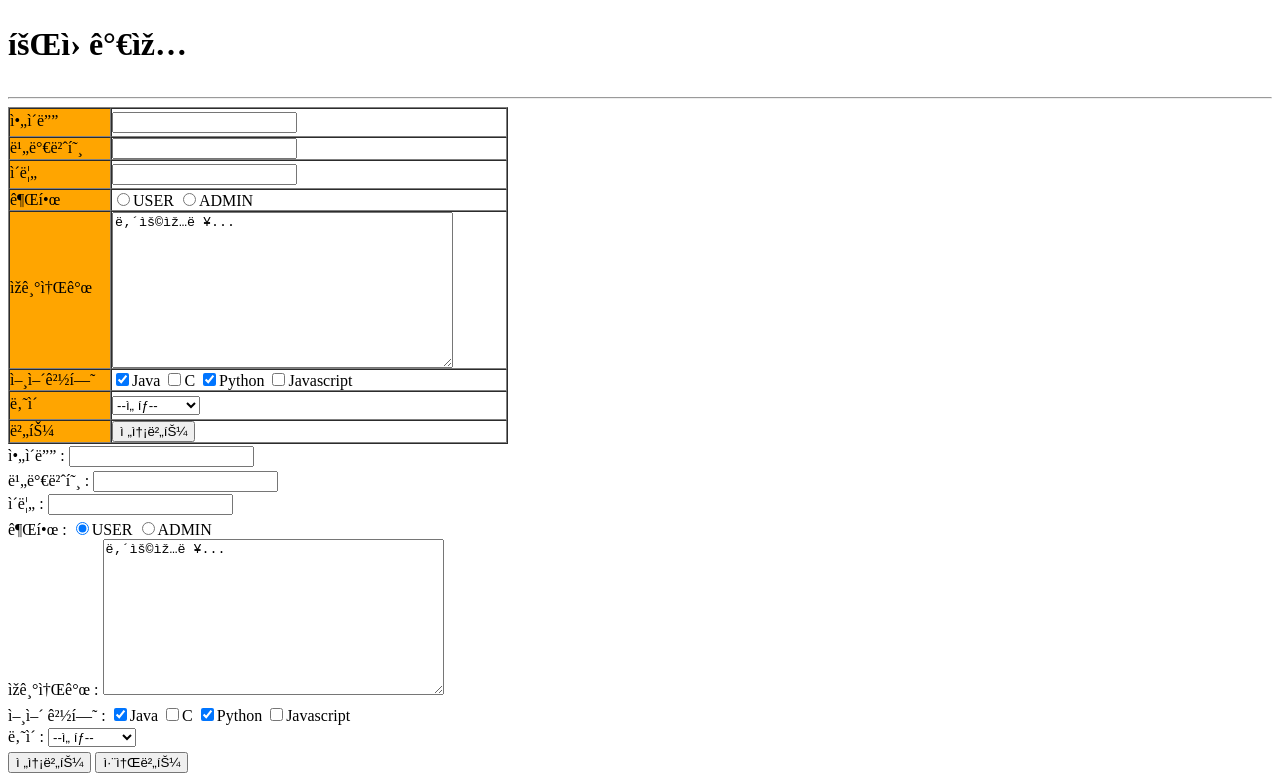
Repository: serim53/JSPStudy
Page: http://localhost/BoardWeb_JSP_/insertUserView.do
The author's editor kept a copy of each file at every save. The page is drawn from the files as they stood at one save, then again after the next save.
The browser window is 1280 px wide. The pictures show the whole page.
The page is served by Tomcat 10. Other server files are loaded and not shown.

Above is the page before, as saved 2025-07-08 05:07:08.

### BoardWeb(JSP)/src/main/webapp/WEB-INF/board/insertUser.jsp
<!DOCTYPE html PUBLIC "-//W3C//DTD HTML 4.01 Transitional//EN" "http://www.w3.org/TR/html4/loose.dtd">
<html>
<head>
<meta http-equiv="Content-Type" content="text/html; charset=UTF-8">
<title>회원가입</title>
</head>
<body>
<h1>회원 가입</h1>
<hr>
<form action="insertUser.do" method="get">

<table border="1" cellpadding="0" cellspacing="0" width="500">
	<tr>
		<td bgcolor="orange" width="100">아이디</td>
		<td><input type="text"/></td>
	</tr>
	<tr>
		<td bgcolor="orange">비밀번호</td>
		<td><input type="text"/></td>
	</tr>
	<tr>
		<td bgcolor="orange">이름</td>
		<td><input type="text"/></td>
	</tr>
	<tr>
		<td bgcolor="orange">권한</td>
		<td>
			<input name="role" type="radio" checked/>USER
      		<input name="role" type="radio"/>ADMIN<br>
    	</td>
	</tr>
	<tr>
		<td bgcolor="orange">자기소개</td>
		<td><textarea rows="10" cols="40">내용입력...</textarea></td>
	</tr>
	<tr>
		<td bgcolor="orange">언어경험</td>
		<td>
			<input type="checkbox" checked/>Java
		    <input type="checkbox"/>C
		    <input type="checkbox" checked/>Python
		    <input type="checkbox"/>Javascript
		</td>
	</tr>
	<tr>
		<td bgcolor="orange">나이</td>
		<td>
			<select>
			<option>--선택--
			<option>10대
			<option>20대
			<option>30대
			<option>40대
			<option>50대
			<option>60대 이상
	  </select>
		</td>
	</tr>
	<tr>
		<td bgcolor="orange">버튼</td>
		<td><input type="submit" value="전송버튼"/></td>
	</tr>
</table>
아이디 : <input type="text" size="20"/><br>
비밀번호 : <input type="password" size="20"/><br>
이름 : <input type="text"/><br>
권한 : <input name="role" type="radio" checked/>USER
      <input name="role" type="radio"/>ADMIN<br>
자기소개 : <textarea rows="10" cols="40">내용입력...</textarea><br>
언어 경험 : <input type="checkbox" checked/>Java
		  <input type="checkbox"/>C
		  <input type="checkbox" checked/>Python
		  <input type="checkbox"/>Javascript<br>
나이 : <select>
		<option>--선택--
		<option>10대
		<option>20대
		<option>30대
		<option>40대
		<option>50대
		<option>60대 이상
	  </select><br>
<input type="submit" value="전송버튼"/>
<input type="reset" value="취소버튼"/>
</form>
</body>
</html>

### BoardWeb(JSP)/src/main/java/com/multicampus/web/DispatcherServlet.java
package com.multicampus.web;

import java.io.IOException;
import java.util.List;

import com.multicampus.biz.board.BoardDAO;
import com.multicampus.biz.board.BoardVO;
import com.multicampus.biz.user.UserDAO;
import com.multicampus.biz.user.UserVO;

import jakarta.servlet.RequestDispatcher;
import jakarta.servlet.ServletConfig;
import jakarta.servlet.ServletException;
import jakarta.servlet.annotation.WebServlet;
import jakarta.servlet.http.HttpServlet;
import jakarta.servlet.http.HttpServletRequest;
import jakarta.servlet.http.HttpServletResponse;
import jakarta.servlet.http.HttpSession;

@WebServlet(urlPatterns = { "*.do" })
public class DispatcherServlet extends HttpServlet {
	private static final long serialVersionUID = 1L;

	private HandlerMapping handlerMapping;
	private ViewResolver viewResolver;

	public void init(ServletConfig config) throws ServletException {
		handlerMapping = new HandlerMapping();
		viewResolver = new ViewResolver("/WEB-INF/board/", ".jsp");
	}

	protected void service(HttpServletRequest request, HttpServletResponse response) throws ServletException, IOException {
		// 1. 브라우저의 요청 path 정보를 추출한다.
		String uri = request.getRequestURI();
		String path = uri.substring(uri.lastIndexOf("/"));
		System.out.println(path);

		// 2. HandlerMapping을 통해 요청을 처리할 Controller를 검색한다.
		Controller ctrl = handlerMapping.getController(path);

		// 3. 검색한 Controller를 실행한다.
		String viewName = ctrl.handleRequest(request, response);

		// 4. Controller가 리턴한 View 이름을 기반으로 이동할 화면 경로를 완성한다.
		String view = null;
		if(!viewName.contains(".do")) {
			if(viewName.equals("index")) {
				view = viewName + ".jsp";
			} else {
				view = viewResolver.getView(viewName);
			}
		} else {
			view = viewName;
		}

		// 5. 화면 이동한다.
		RequestDispatcher rd = request.getRequestDispatcher(view);
		rd.forward(request, response);
	}

}

### BoardWeb(JSP)/src/main/java/com/multicampus/web/Controller.java
package com.multicampus.web;

import jakarta.servlet.http.HttpServletRequest;
import jakarta.servlet.http.HttpServletResponse;

public interface Controller {

	String handleRequest(HttpServletRequest request, HttpServletResponse response);

}

### BoardWeb(JSP)/src/main/java/com/multicampus/web/user/InsertUserViewController.java
package com.multicampus.web.user;

import com.multicampus.web.Controller;

import jakarta.servlet.http.HttpServletRequest;
import jakarta.servlet.http.HttpServletResponse;

public class InsertUserViewController implements Controller {

	@Override
	public String handleRequest(HttpServletRequest request, HttpServletResponse response) {
		System.out.println("회원가입 화면으로 이동");

		return "insertUser";
	}

}

### BoardWeb(JSP)/src/main/java/com/multicampus/web/user/InsertUserController.java
package com.multicampus.web.user;

import com.multicampus.biz.user.UserDAO;
import com.multicampus.biz.user.UserVO;
import com.multicampus.web.Controller;

import jakarta.servlet.http.HttpServletRequest;
import jakarta.servlet.http.HttpServletResponse;

public class InsertUserController implements Controller {

	@Override
	public String handleRequest(HttpServletRequest request, HttpServletResponse response) {
		System.out.println("회원 가입 기능 처리");

		// 1. 사용자 입력정보 추출
		String id = request.getParameter("id");
		String password = request.getParameter("password");
		String name = request.getParameter("name");
		String role = request.getParameter("role");

		// 2. DB 연동 처리
		UserVO vo = new UserVO();
		vo.setId(id);
		vo.setPassword(password);
		vo.setName(name);
		vo.setRole(role);

		UserDAO dao = new UserDAO();
		dao.insertUser(vo);

		// 3. 화면 이동
		return "index";
	}

}

### BoardWeb(JSP)/src/main/java/com/multicampus/web/user/LoginViewController.java
package com.multicampus.web.user;

import com.multicampus.web.Controller;

import jakarta.servlet.http.HttpServletRequest;
import jakarta.servlet.http.HttpServletResponse;

public class LoginViewController implements Controller {

	@Override
	public String handleRequest(HttpServletRequest request, HttpServletResponse response) {
		System.out.println("로그인 화면으로 이동");

		return "login";
	}

}

### BoardWeb(JSP)/src/main/java/com/multicampus/web/user/LoginController.java
package com.multicampus.web.user;

import com.multicampus.biz.user.UserDAO;
import com.multicampus.biz.user.UserVO;
import com.multicampus.web.Controller;

import jakarta.servlet.http.HttpServletRequest;
import jakarta.servlet.http.HttpServletResponse;
import jakarta.servlet.http.HttpSession;

public class LoginController implements Controller {

	@Override
	public String handleRequest(HttpServletRequest request, HttpServletResponse response) {
		System.out.println("로그인 기능 처리");

		// 1. 사용자 입력정보 추출
		String id = request.getParameter("id");
		String password = request.getParameter("password");

		// 2. DB 연동 처리
		UserVO vo = new UserVO();
		vo.setId(id);
		vo.setPassword(password);

		UserDAO dao = new UserDAO();
		UserVO user = dao.getUser(vo);

		// 3. 화면 이동
		if(user != null) {
			// 로그인 성공
			HttpSession session = request.getSession();
			session.setAttribute("user", user);
			return "getBoardList.do";
		} else {
			// 로그인 실패
			return "loginView.do";
		}

	}

}

### BoardWeb(JSP)/src/main/java/com/multicampus/web/user/LogoutController.java
package com.multicampus.web.user;

import com.multicampus.web.Controller;

import jakarta.servlet.http.HttpServletRequest;
import jakarta.servlet.http.HttpServletResponse;
import jakarta.servlet.http.HttpSession;

public class LogoutController implements Controller {

	@Override
	public String handleRequest(HttpServletRequest request, HttpServletResponse response) {
		System.out.println("로그아웃 기능 처리");

		// 로그아웃을 요청한 브라우저와 매핑된 세션을 강제로 종료한다.
		HttpSession session = request.getSession();
		session.invalidate();

		// 화면 이동
		return "index";

	}

}

### BoardWeb(JSP)/src/main/java/com/multicampus/web/board/InsertBoardViewController.java
package com.multicampus.web.board;

import com.multicampus.web.Controller;

import jakarta.servlet.http.HttpServletRequest;
import jakarta.servlet.http.HttpServletResponse;

public class InsertBoardViewController implements Controller {

	@Override
	public String handleRequest(HttpServletRequest request, HttpServletResponse response) {
		System.out.println("글 등록 화면으로 이동");

		return "insertBoard";
	}

}

### BoardWeb(JSP)/src/main/java/com/multicampus/web/board/InsertBoardController.java
package com.multicampus.web.board;

import com.multicampus.biz.board.BoardDAO;
import com.multicampus.biz.board.BoardVO;
import com.multicampus.web.Controller;

import jakarta.servlet.http.HttpServletRequest;
import jakarta.servlet.http.HttpServletResponse;

public class InsertBoardController implements Controller {

	@Override
	public String handleRequest(HttpServletRequest request, HttpServletResponse response) {
		System.out.println("글 등록 기능 처리");

		// 1. 사용자 입력정보 추출
		String title = request.getParameter("title");
		String writer = request.getParameter("writer");
		String content = request.getParameter("content");

		// 2. DB 연동 처리
		BoardVO vo = new BoardVO();
		vo.setTitle(title);
		vo.setWriter(writer);
		vo.setContent(content);

		BoardDAO dao = new BoardDAO();
		dao.insertBoard(vo);

		// 3. 화면 이동
		return "getBoardList.do";

	}

}

### BoardWeb(JSP)/src/main/java/com/multicampus/web/board/UpdateBoardController.java
package com.multicampus.web.board;

import com.multicampus.biz.board.BoardDAO;
import com.multicampus.biz.board.BoardVO;
import com.multicampus.web.Controller;

import jakarta.servlet.http.HttpServletRequest;
import jakarta.servlet.http.HttpServletResponse;

public class UpdateBoardController implements Controller {

	@Override
	public String handleRequest(HttpServletRequest request, HttpServletResponse response) {
		System.out.println("글 수정 기능 처리");

		// 1. 사용자 입력정보 추출
		String title = request.getParameter("title");
		String seq = request.getParameter("seq");
		String content = request.getParameter("content");

		// 2. DB 연동 처리
		BoardVO vo = new BoardVO();
		vo.setTitle(title);
		vo.setSeq(Integer.parseInt(seq));
		vo.setContent(content);

		BoardDAO dao = new BoardDAO();
		dao.updateBoard(vo);

		// 3. 화면 이동
		return "getBoardList.do";
	}

}

### BoardWeb(JSP)/src/main/java/com/multicampus/web/board/DeleteBoardController.java
package com.multicampus.web.board;

import com.multicampus.biz.board.BoardDAO;
import com.multicampus.biz.board.BoardVO;
import com.multicampus.web.Controller;

import jakarta.servlet.http.HttpServletRequest;
import jakarta.servlet.http.HttpServletResponse;

public class DeleteBoardController implements Controller {

	@Override
	public String handleRequest(HttpServletRequest request, HttpServletResponse response) {
		System.out.println("글 삭제 기능 처리");

		// 1. 사용자 입력정보 추출
		String seq = request.getParameter("seq");

		// 2. DB 연동 처리
		BoardVO vo = new BoardVO();
		vo.setSeq(Integer.parseInt(seq));

		BoardDAO dao = new BoardDAO();
		dao.deleteBoard(vo);

		// 3. 화면 이동
		return "getBoardList.do";
	}

}

### BoardWeb(JSP)/src/main/java/com/multicampus/web/board/GetBoardController.java
package com.multicampus.web.board;

import com.multicampus.biz.board.BoardDAO;
import com.multicampus.biz.board.BoardVO;
import com.multicampus.web.Controller;

import jakarta.servlet.http.HttpServletRequest;
import jakarta.servlet.http.HttpServletResponse;

public class GetBoardController implements Controller {

	@Override
	public String handleRequest(HttpServletRequest request, HttpServletResponse response) {
		System.out.println("글 상세 조회 기능 처리");

		// 1. 사용자 입력정보 추출
		String seq = request.getParameter("seq");

		// 2. DB 연동 처리
		BoardVO vo = new BoardVO();
		vo.setSeq(Integer.parseInt(seq));

		BoardDAO dao = new BoardDAO();
		BoardVO board = dao.getBoard(vo);

		// 3. Model(DAO)을 통해 검색한 데이터를 View(JSP)에서 사용할 수 있도록 request에 등록한다.
		request.setAttribute("board", board);

		// 4. 화면 이동
		return "getBoard";
	}

}

### BoardWeb(JSP)/src/main/java/com/multicampus/web/board/GetBoardListController.java
package com.multicampus.web.board;

import java.util.List;

import com.multicampus.biz.board.BoardDAO;
import com.multicampus.biz.board.BoardVO;
import com.multicampus.web.Controller;

import jakarta.servlet.http.HttpServletRequest;
import jakarta.servlet.http.HttpServletResponse;

public class GetBoardListController implements Controller {

	@Override
	public String handleRequest(HttpServletRequest request, HttpServletResponse response) {
		System.out.println("글 목록 검색 기능 처리");

		// 1. 사용자 입력정보 추출
		String condition = request.getParameter("condition");
		String keyword = request.getParameter("keyword");

		// null check
		if(condition == null) condition = "title";
		if(keyword == null) keyword = "";

		request.setAttribute("condition", condition);
		request.setAttribute("keyword", keyword);

		// 2. DB 연동 처리
		BoardVO vo = new BoardVO();
		vo.setCondition(condition);
		vo.setKeyword(keyword);

		BoardDAO dao = new BoardDAO();
		List<BoardVO> boardList = dao.getBoardList(vo);

		// 3. Model(DAO)을 이용하여 검색한 데이터를 View(JSP)에서 사용할 수 있도록 request에 등록한다.
		request.setAttribute("boardList", boardList);

		// 4. 화면 이동
		return "getBoardList";

	}

}

After the next save:
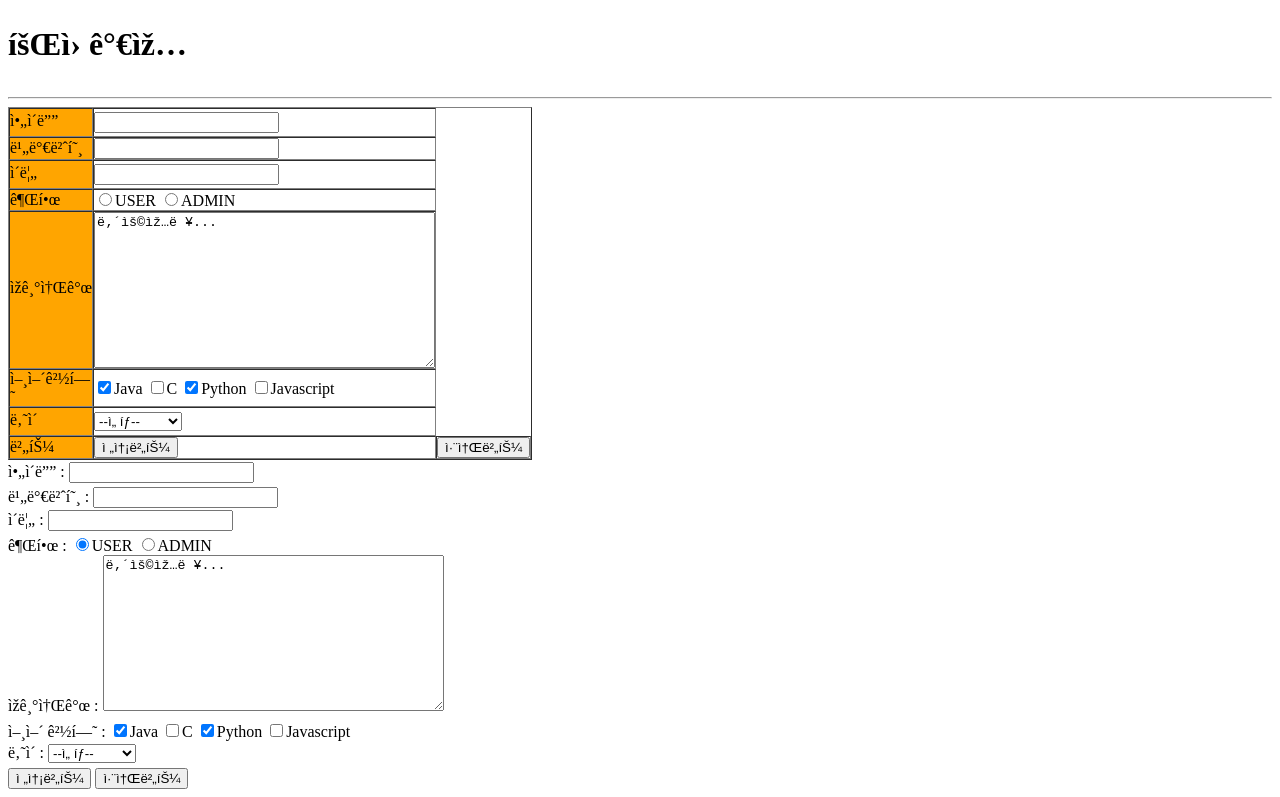
Saved 10 s later.
--- a/BoardWeb(JSP)/src/main/webapp/WEB-INF/board/insertUser.jsp
+++ b/BoardWeb(JSP)/src/main/webapp/WEB-INF/board/insertUser.jsp
@@ -59,6 +59,7 @@
 	<tr>
 		<td bgcolor="orange">버튼</td>
 		<td><input type="submit" value="전송버튼"/></td>
+		<td><input type="reset" value="취소버튼"/></td>
 	</tr>
 </table>
 아이디 : <input type="text" size="20"/><br>

After the save that followed:
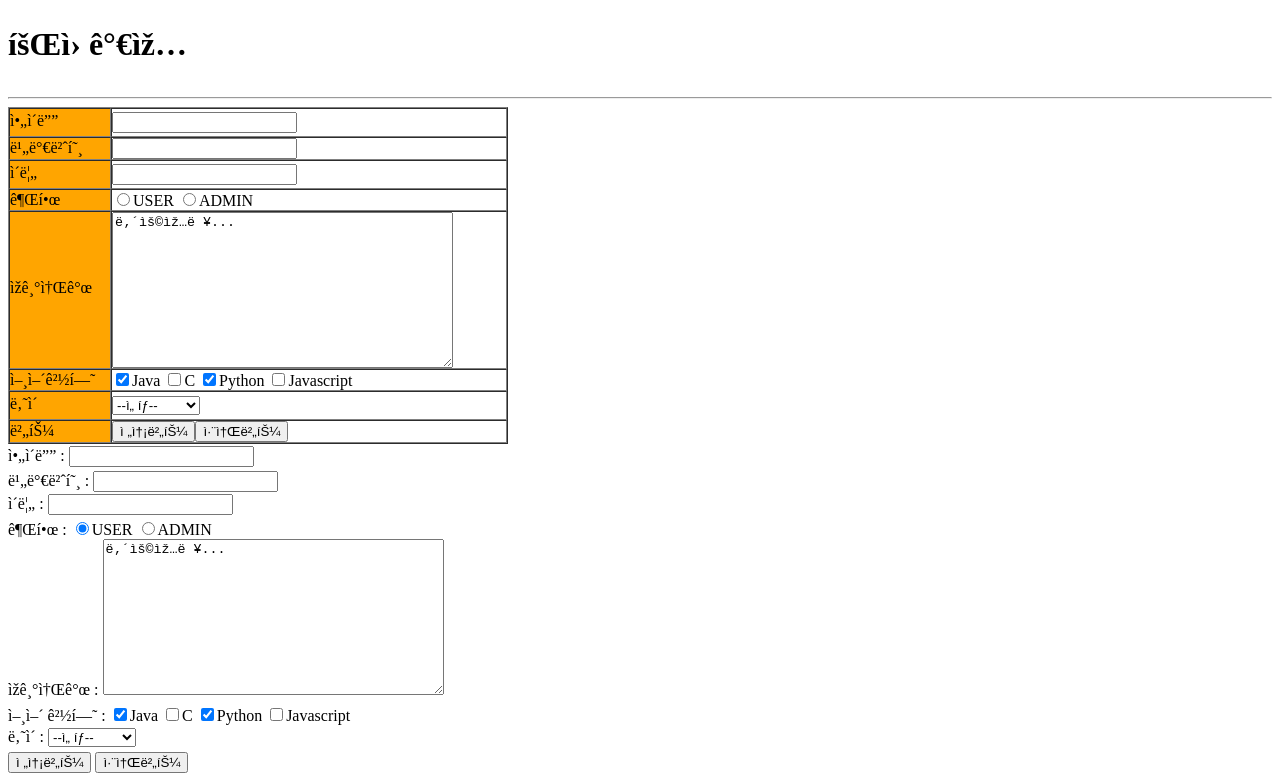
Saved 15 s later.
--- a/BoardWeb(JSP)/src/main/webapp/WEB-INF/board/insertUser.jsp
+++ b/BoardWeb(JSP)/src/main/webapp/WEB-INF/board/insertUser.jsp
@@ -58,8 +58,7 @@
 	</tr>
 	<tr>
 		<td bgcolor="orange">버튼</td>
-		<td><input type="submit" value="전송버튼"/></td>
-		<td><input type="reset" value="취소버튼"/></td>
+		<td><input type="submit" value="전송버튼"/><input type="reset" value="취소버튼"/></td>
 	</tr>
 </table>
 아이디 : <input type="text" size="20"/><br>
